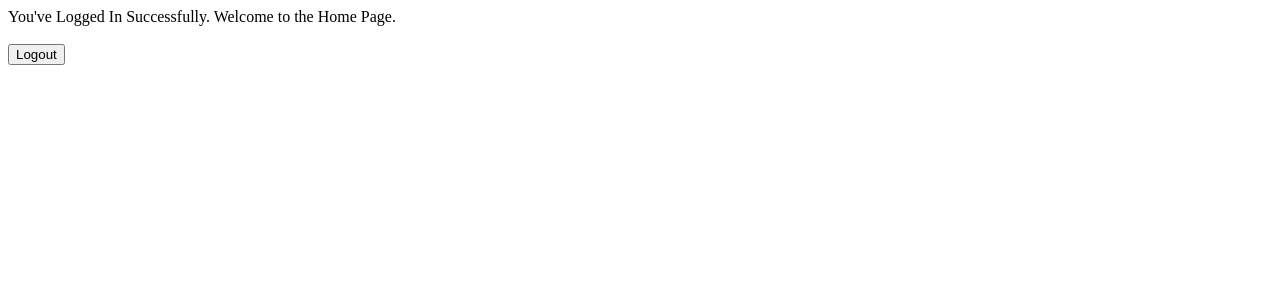
Repository: msibgathulla9980/Servlet
Page: LoginRegistrationApp/WebContent/Welcome.html
An editor plug-in stored every save of this project. The page is shown before and after a run of saves, followed by the edit.
The browser window is 1280 px wide. The pictures show the whole page.

Above is the page before, as saved 2019-01-23 04:28:39.

After the next 2 saves:
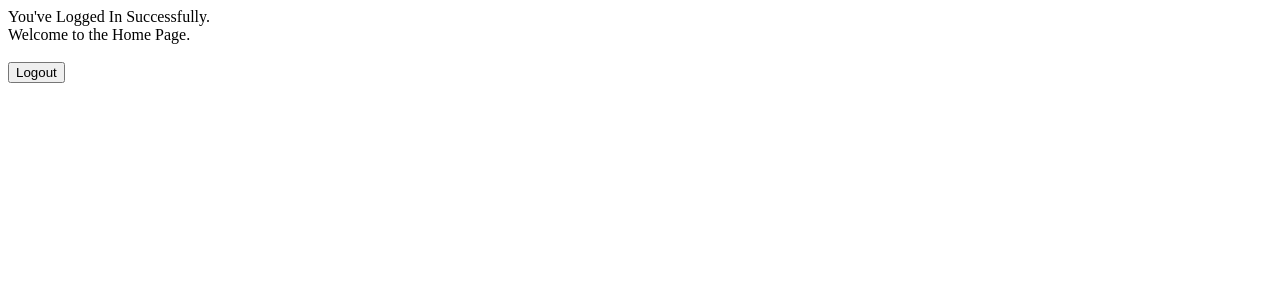
The 2 saves are shown as one change because they came seconds apart.
The last was saved 10 s later.
--- a/LoginRegistrationApp/WebContent/Welcome.html
+++ b/LoginRegistrationApp/WebContent/Welcome.html
@@ -5,7 +5,7 @@
 <title>Insert title here</title>
 </head>
 <body>
-You've Logged In Successfully.
+You've Logged In Successfully.<br>
 Welcome to the Home Page.<br><br>
 <a href="logout.html" ><input type="submit" value="Logout"></a>
 </body>
